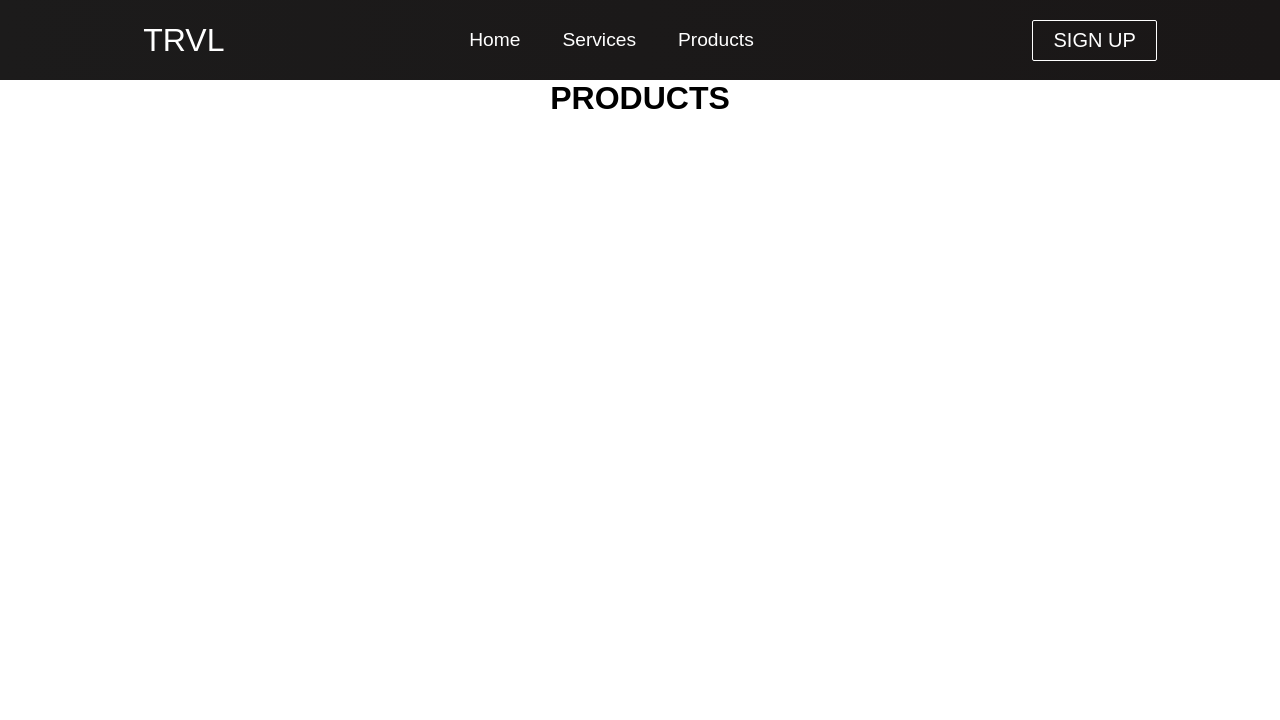
Repository: kate30980/practice-react-lp1
Page: /products
An editor plug-in stored every save of this project. The page is shown before and after the next save, followed by the edit.
The browser window is 1280 px wide. The pictures show the whole page.
The project was rebuilt for these pictures with package versions that can differ from the ones it lists, and the page was loaded fresh each time. Also part of the build but not shown: src/components/HeroSection.js, src/components/CardItem.js, src/components/Cards.js, src/components/pages/Home.js, src/components/pages/Services.js, src/components/pages/SignUp.js.

Above is the page before, as saved 2021-09-25 15:24:32.

### src/App.js
import React from "react";
import "./App.css";
import Navbar from "./components/Navbar";
import { BrowserRouter as Router, Switch, Route } from "react-router-dom";
import Home from "./components/pages/Home";
import Services from "./components/pages/Services";
import Products from "./components/pages/Products";
import SignUp from "./components/pages/SignUp";
function App() {
  return (
    <>
      <Router>
        <Navbar />
        <Switch>
          <Route path="/" exact component={Home} />
          <Route path="/services" component={Services} />
          <Route path="/products" component={Products} />
          <Route path="/sign-up" component={SignUp} />
        </Switch>
      </Router>
    </>
  );
}

export default App;

### src/App.css
* {
    box-sizing: border-box;
    margin: 0;
    padding: 0;
    font-family: 'PT Sans', sans-serif;
  }

### src/components/Navbar.js
import React, { useState, useEffect } from "react";
import { Button } from "./Button";
import { Link } from "react-router-dom";
import "./Navbar.css";

function Navbar() {
  const [click, setClick] = useState(false);
  const [button, setButton] = useState(true);

  const handleClick = () => setClick(!click);
  const closeMobileMenu = () => setClick(false);

  const showButton = () => {
    if (window.innerWidth <= 960) {
      setButton(false);
    } else {
      setButton(true);
    }
  };

  useEffect(() => {
    showButton();
  }, []);

  window.addEventListener("resize", showButton);

  return (
    <>
      <nav className="navbar">
        <div className="navbar-container">
          <Link to="/" className="navbar-logo" onClick={closeMobileMenu}>
            TRVL
            <i class="fab fa-typo3" />
          </Link>
          <div className="menu-icon" onClick={handleClick}>
            <i className={click ? "fas fa-times" : "fas fa-bars"} />
          </div>
          <ul className={click ? "nav-menu active" : "nav-menu"}>
            <li className="nav-item">
              <Link to="/" className="nav-links" onClick={closeMobileMenu}>
                Home
              </Link>
            </li>
            <li className="nav-item">
              <Link
                to="/services"
                className="nav-links"
                onClick={closeMobileMenu}
              >
                Services
              </Link>
            </li>
            <li className="nav-item">
              <Link
                to="/products"
                className="nav-links"
                onClick={closeMobileMenu}
              >
                Products
              </Link>
            </li>

            <li>
              <Link
                to="/sign-up"
                className="nav-links-mobile"
                onClick={closeMobileMenu}
              >
                Sign Up
              </Link>
            </li>
          </ul>
          {button && <Button buttonStyle="btn--outline">SIGN UP</Button>}
        </div>
      </nav>
    </>
  );
}

export default Navbar;

### src/components/pages/Products.js
import React from "react";
import "../../App.css";
export default function Products() {
  return <h1 className="products">PRODUCTS</h1>;
}

### src/components/Button.js
import React from "react";
import "./Button.css";
import { Link } from "react-router-dom";

const STYLES = ["btn--primary", "btn--outline"];
const SIZES = ["btn--medium", "btn--large"];

export const Button = ({
  children,
  type,
  onClick,
  buttonStyle,
  buttonSize,
}) => {
  const checkButtonStyle = STYLES.includes(buttonStyle)
    ? buttonStyle
    : STYLES[0];

  const checkButtonSize = SIZES.includes(buttonSize) ? buttonSize : SIZES[0];

  return (
    <Link to="/sign-up" className="btn-mobile">
      <button
        className={`btn ${checkButtonStyle} ${checkButtonSize} onClick={onClick} type={type}`}
      >
        {children}
      </button>
    </Link>
  );
};

### src/components/Navbar.css
.navbar {
    background: linear-gradient(90deg, rgb(28, 27, 27) 0%, rgb(26, 23, 23) 100%);
    height: 80px;
    display: flex;
    justify-content: center;
    align-items: center;
    font-size: 1.2rem;
    position: sticky;
    top: 0;
    z-index: 999;
  }

  .navbar-container {
    display: flex;
    justify-content: center;
    align-items: center;
    height: 80px;
    max-width: 1500px;
  }

  .navbar-logo {
    color: #fff;
    justify-self: start;
    margin-left: 20px;
    cursor: pointer;
    text-decoration: none;
    font-size: 2rem;
    display: flex;
    align-items: center;
  }

  .fa-typo3 {
    margin-left: 0.5rem;
    font-size: 1.8rem;
  }

  .nav-menu {
    display: grid;
    grid-template-columns: repeat(4, auto);
    grid-gap: 10px;
    list-style: none;
    text-align: center;
    width: 60vw;
    justify-content: center;
    margin-right: 2rem;
  }

  .nav-item {
    height: 80px;
  }

  .nav-links {
    color: #fff;
    display: flex;
    align-items: center;
    text-decoration: none;
    padding: 0.5rem 1rem;
    height: 100%;
  }

  .nav-links:hover {
    border-bottom: 4px solid #fff;
    transition: all 0.2s ease-out;
  }

  .fa-bars {
    color: #fff;
  }

  .nav-links-mobile {
    display: none;
  }

  .menu-icon {
    display: none;
  }

  @media screen and (max-width: 960px) {
    .NavbarItems {
      position: relative;
    }

    .nav-menu {
      display: flex;
      flex-direction: column;
      width: 100%;
      height: 90vh;
      position: absolute;
      top: 80px;
      left: -100%;
      opacity: 1;
      transition: all 0.5s ease;
    }

    .nav-menu.active {
      background: #242222;
      left: 0;
      opacity: 1;
      transition: all 0.5s ease;
      z-index: 1;
    }

    .nav-links {
      text-align: center;
      padding: 2rem;
      width: 100%;
      display: table;
    }

    .nav-links:hover {
      background-color: #fff;
      color: #242424;
      border-radius: 0;
    }

    .navbar-logo {
      position: absolute;
      top: 0;
      left: 0;
      transform: translate(25%, 50%);
    }

    .menu-icon {
      display: block;
      position: absolute;
      top: 0;
      right: 0;
      transform: translate(-100%, 60%);
      font-size: 1.8rem;
      cursor: pointer;
    }

    .fa-times {
      color: #fff;
      font-size: 2rem;
    }

    .nav-links-mobile {
      display: block;
      text-align: center;
      margin: 2rem auto;
      border-radius: 4px;
      width: 80%;
      text-decoration: none;
      font-size: 1.5rem;
      background-color: transparent;
      color: #fff;
      padding: 14px 20px;
      border: 1px solid #fff;
      transition: all 0.3s ease-out;
    }

    .nav-links-mobile:hover {
      background: #fff;
      color: #242424;
      transition: 250ms;
    }
  }

### src/components/Button.css
:root{
    --primary: #fff;
}
.btn{
    padding: 8px 20px;
    border-radius:2px;
    outline:none;
    border:none;
    cursor: pointer;
}
.btn--primary{
    background-color: var(--primary);
    color: #242424;
    border:1px solid var(--primary);
}
.btn--outline{
    background-color:transparent;
    color: #fff;
    padding: 8px 20px;
    border: 1px solid var(--primary);
    transition: all 0.3s ease-out;

}
.btn--medium{
    padding: 8px 20px;
    font-size: 20px;
}
.btn--large{
    padding: 12px 26px;
    font-size:20px;
}
.btn--medium:hover, .btn--large:hover{
    background: #fff;
    color: #242424;
    transition: all 0.3s ease-out;
}

### src/components/HeroSection.css
video{
    object-fit: cover;width: 100%;height: 100%;position: fixed;
    z-index: -1;
}
.hero-container{
    /* background: url('images/img-home.jpg') center center/cover no-repeat; */
    height: 100vh;
    width: 100%;
    display: flex;flex-direction: column;
    justify-content: center;
    align-items: center;
    box-shadow: inset 0 0 0 1000px rgba(0,0,0,0.2);
    object-fit: contain;
}
.hero-container > h1{
    color: #fff;
    font-size: 100px;
    margin-top:100px;
}
.hero-container >p{
    margin-top:8px;
    color: #fff;
    font-size: 32px;
    font-family: 'Trebuchet MS', 'Lucida Sans Unicode', 'Lucida Grande', 'Lucida Sans', Arial, sans-serif;
}
.hero-btns{
    margin-top:32px;
}
.hero-btns .btn{
    margin: 6px;

}
.fa-play-circle{
    margin-left: 4px;
}
@media screen and (max-width:960px){
    .hero-container > h1{
        font-size:70px;
        margin-top: -150px;
    }
}
@media screen and (max-width:768px){
    .hero-container > h1{
        font-size:50px;
        margin-top: -100px;
    }
    .hero-container > p{
        font-size: 30px;
    }
    .btn-mobile{
        display:block;
        text-decoration: none;
    }
    .btn{
        width: 100%;
    }
}

### src/components/Cards.css
.cards {
    padding: 4rem;
    background: #fff;
  }

  h1 {
    text-align: center;
  }

  .cards__container {
    display: flex;
    flex-flow: column;
    align-items: center;
    max-width: 1120px;
    width: 90%;
    margin: 0 auto;
  }

  .cards__wrapper {
    position: relative;
    margin: 50px 0 45px;
  }

  .cards__items {
    margin-bottom: 24px;
  }

  .cards__item {
    display: flex;
    flex: 1;
    margin: 0 1rem;
    border-radius: 10px;
  }

  .cards__item__link {
    display: flex;
    flex-flow: column;
    width: 100%;
    box-shadow: 0 6px 20px rgba(56, 125, 255, 0.17);
    -webkit-filter: drop-shadow(0 6px 20px rgba(56, 125, 255, 0.017));
    filter: drop-shadow(0 6px 20px rgba(56, 125, 255, 0.017));
    border-radius: 10px;
    overflow: hidden;
    text-decoration: none;
  }

  .cards__item__pic-wrap {
    position: relative;
    width: 100%;
    padding-top: 67%;
    overflow: hidden;
  }

  .fade-img {
    animation-name: fade-img;
    animation-duration: 2s;
  }

  .cards__item__pic-wrap::after {
    content: attr(data-category);
    position: absolute;
    bottom: 0;
    margin-left: 10px;
    padding: 6px 8px;
    max-width: calc((100%) - 60px);
    font-size: 12px;
    font-weight: 700;
    color: #fff;
    background-color: #1f98f4;
    box-sizing: border-box;
  }

  .cards__item__img {
    position: absolute;
    top: 0;
    right: 0;
    bottom: 0;
    left: 0;
    display: block;
    width: 100%;
    max-width: 100%;
    height: 100%;
    max-height: 100%;
    object-fit: cover;
    transition: all 0.2s linear;
  }

  .cards__item__img:hover {
    transform: scale(1.1);
  }

  .cards__item__info {
    padding: 20px 30px 30px;
  }

  .cards__item__text {
    color: #252e48;
    font-size: 18px;
    line-height: 24px;
  }

  @media only screen and (min-width: 1200px) {
    .content__blog__container {
      width: 84%;
    }
  }

  @media only screen and (min-width: 1024px) {
    .cards__items {
      display: flex;
    }
  }

  @media only screen and (max-width: 1024px) {
    .cards__item {
      margin-bottom: 2rem;
    }
  }

Loaded but not shown: src/index.js (common file)

After the next save:
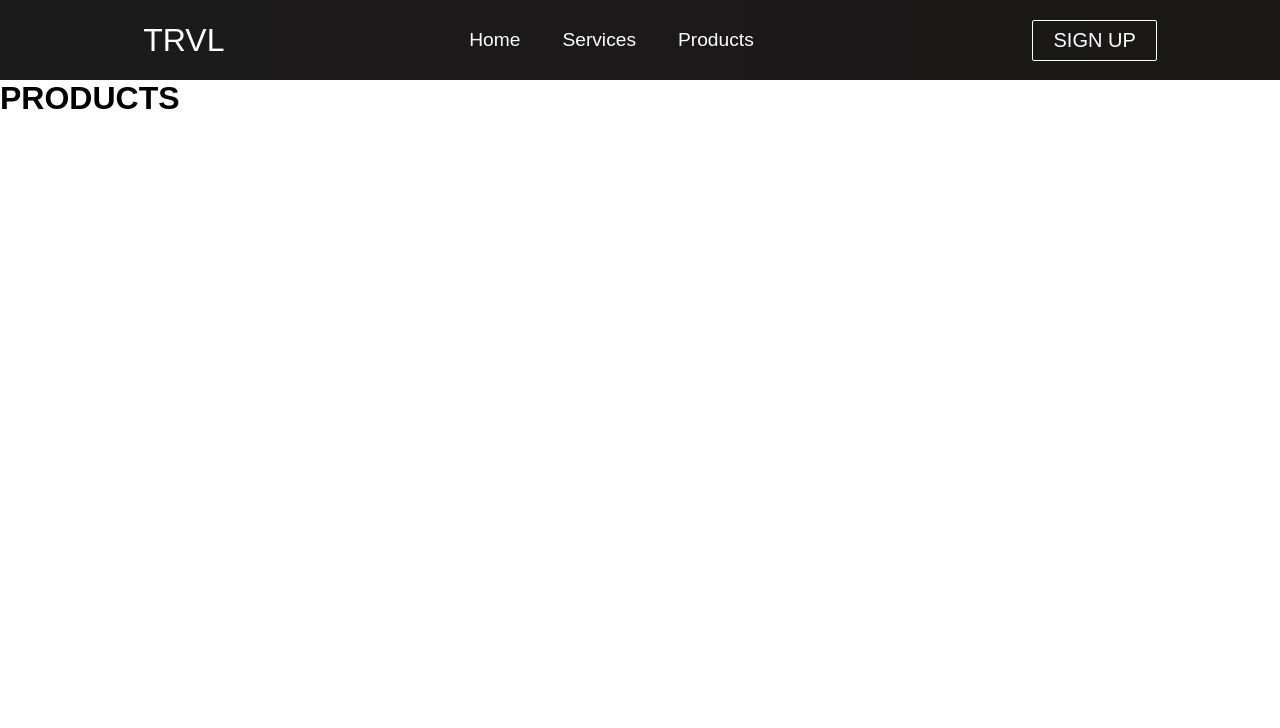
Saved 72 s later.
--- a/src/App.css
+++ b/src/App.css
@@ -4,3 +4,7 @@
     padding: 0;
     font-family: 'PT Sans', sans-serif;
   }
+
+ .home,.services,.products,.sign-up{
+   display:flex;height: 90vh;
+ }
